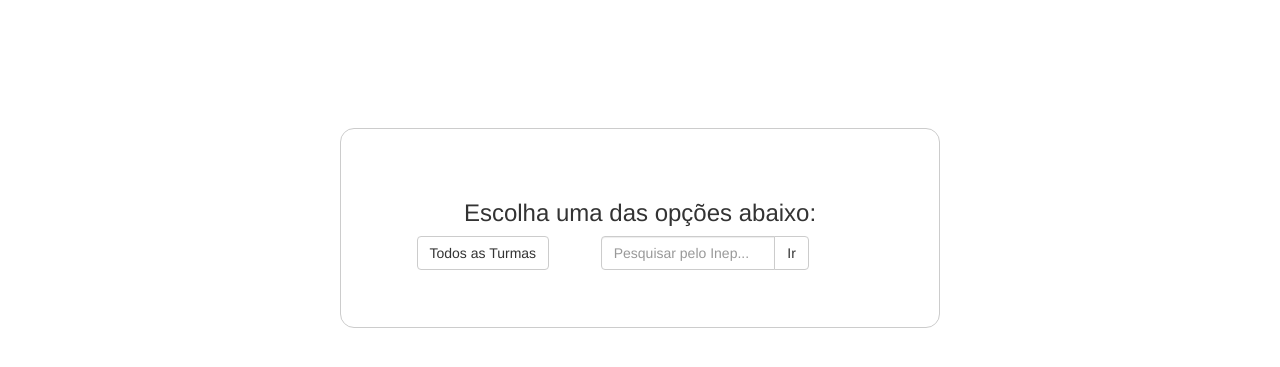
Repository: ipti/br.tag.webservice
Page: http://localhost/Restful-API-TAG/classrooms.jsp
An editor plug-in stored every save of this project. The page is shown before and after the next save, followed by the edit.
The browser window is 1280 px wide. The pictures show the whole page.
The page is served by Tomcat 9. Other server files are loaded and not shown.

Above is the page before, as saved 2016-04-27 14:18:17.

### Restful-API-TAG/WebContent/classrooms.jsp
<%@ page language="java" contentType="text/html; charset=ISO-8859-1"
    pageEncoding="ISO-8859-1"%>
<!DOCTYPE html PUBLIC "-//W3C//DTD HTML 4.01 Transitional//EN" "http://www.w3.org/TR/html4/loose.dtd">
<html>
<head>
<link rel="stylesheet" href="css/styles.css">
<link href="css/bootstrap.min.css" rel="stylesheet">
<meta http-equiv="Content-Type" content="text/html; charset=ISO-8859-1">
<title>API TAG - Classrooms</title>
</head>
<body>
	<div id="classroomDiv">
		<h3 id="titleClassroom">Escolha uma das opções abaixo:</h3>

		<div style="margin-left: 5%" class="btn-group-md text-center" role="group" aria-label="...">
			<div class="row">
				<div class="col-lg-6" style="margin-left: -5%" >
					<a type="submit" class="btn btn-default" href="${pageContext.request.contextPath}/api/TagService/getClassrooms">Todos as Turmas</a>
				</div>
				<div class="col-lg-5"  style="margin-left: -7%;">
					<div class="input-group">
						<input type="text" class="form-control" placeholder="Pesquisar pelo Inep...">
						<span class="input-group-btn">
							<a class="btn btn-default" type="submit" href="${pageContext.request.contextPath}/api/TagService/getClassrooms/{inep_id}">Ir</a>
						</span>
					</div>
				</div>
			</div>
		</div>
	</div>
</body>
</html>

### Restful-API-TAG/WebContent/css/styles.css
@CHARSET "ISO-8859-1";

#mainDiv {
    /* Just to center the form on the page */
    margin: 10% auto;
    width: 500px;
    height: 200px;
    /* To see the outline of the form */
    padding: 1em;
    border: 1px solid #CCC;
    border-radius: 1em;
}

#divGroup {
	padding: 7px;
}

#studentDiv, #schoolDiv, #instructorDiv, #classroomDiv {
    /* Just to center the form on the page */
    margin: 10% auto;
    width: 600px;
    height: 200px;
    /* To see the outline of the form */
    padding: 1em;
    border: 1px solid #CCC;
    border-radius: 1em;
}

#titleH3 {
	text-align: center;
	margin-top: 10%;
}

#titleStudent, #titleSchool, #titleInstructor, #titleClassroom {
	text-align: center;
	margin-top: 10%;
}

Loaded but not shown: Restful-API-TAG/WebContent/css/bootstrap.min.css (library)

After the next save:
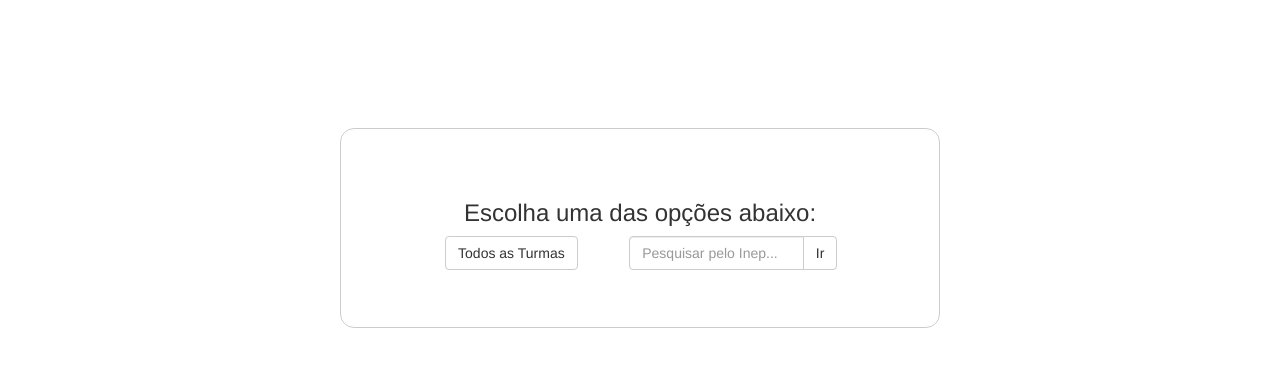
Saved 7 s later.
--- a/Restful-API-TAG/WebContent/classrooms.jsp
+++ b/Restful-API-TAG/WebContent/classrooms.jsp
@@ -14,7 +14,7 @@
 
 		<div style="margin-left: 5%" class="btn-group-md text-center" role="group" aria-label="...">
 			<div class="row">
-				<div class="col-lg-6" style="margin-left: -5%" >
+				<div class="col-lg-6">
 					<a type="submit" class="btn btn-default" href="${pageContext.request.contextPath}/api/TagService/getClassrooms">Todos as Turmas</a>
 				</div>
 				<div class="col-lg-5"  style="margin-left: -7%;">
